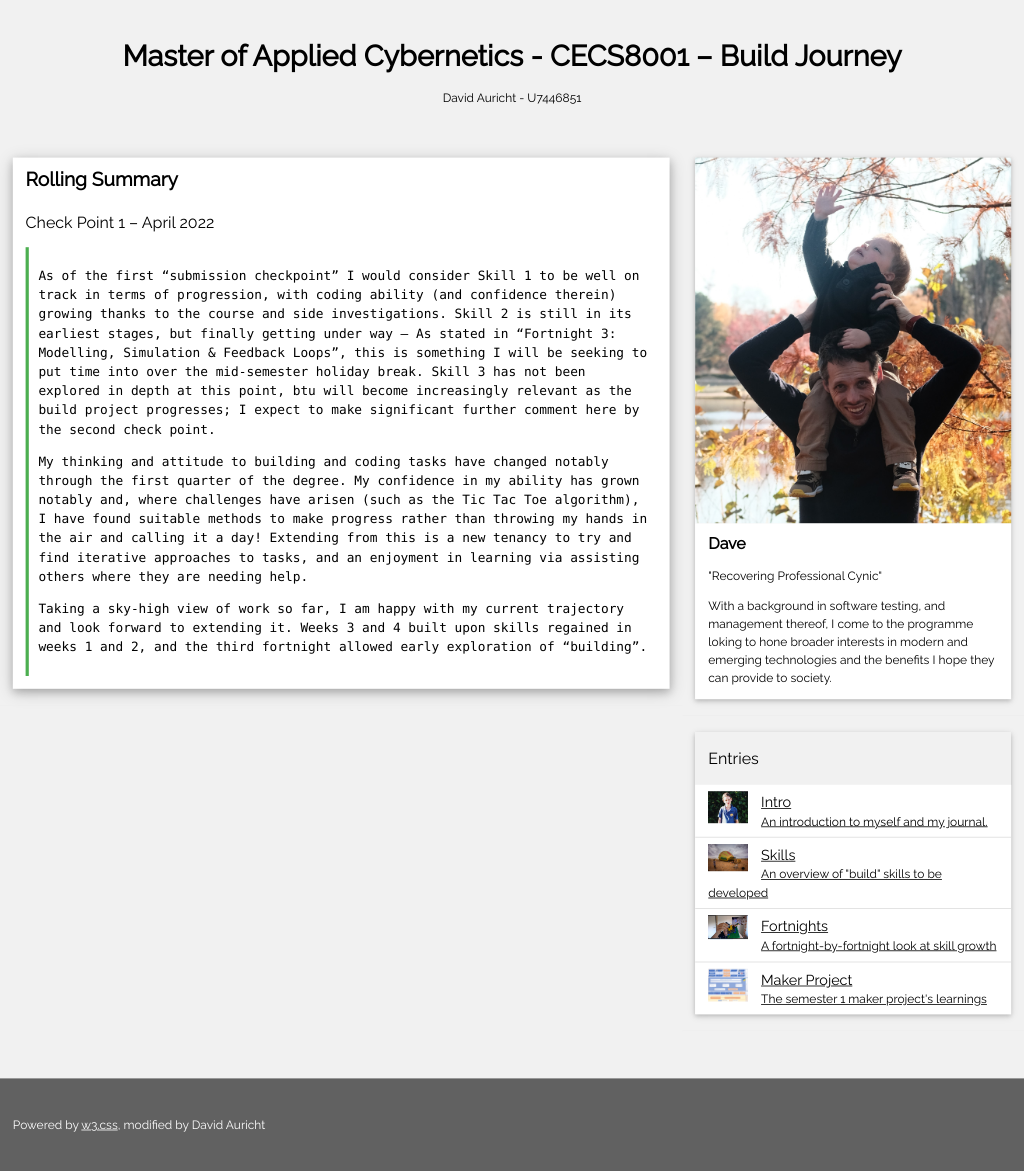
Repository: TodaysSawyer/cecs_8001_journal
Page: CECS_8001_build_journal/appendices.html
An editor plug-in stored every save of this project. The page is shown before and after the next save, followed by the edit.
The browser window is 1280 px wide. The pictures show the whole page, at 80% of full size.

Above is the page before, as saved 2022-08-23 11:03:47.

### CECS_8001_build_journal/appendices.html
<!--Site layout and design credit goes to W3 Schools' "Blog template" from https://www.w3schools.com/w3css/tryw3css_templates_blog.htm-->
<!--Modifications and content by David Auricht-->

<!DOCTYPE html>
<html>
<head>
<title>David Auricht's Cybernetics Build Journal</title>
<meta charset="UTF-8">
<meta name="viewport" content="width=device-width, initial-scale=1">
<link rel="stylesheet" href="https://www.w3schools.com/w3css/4/w3.css">
<link rel="stylesheet" href="https://fonts.googleapis.com/css?family=Raleway">
<style>
body,h1,h2,h3,h4,h5 {font-family: "Raleway", sans-serif}
</style>
</head>
<body class="w3-light-grey">

<!-- w3-content defines a container for fixed size centered content,
and is wrapped around the whole page content, except for the footer in this example -->
<div class="w3-content" style="max-width:1400px">

<!-- Header -->
<header class="w3-container w3-center w3-padding-32">
  <h1><b>Master of Applied Cybernetics - CECS8001 – Build Journey</b></h1>
  <p>David Auricht - U7446851</p>
</header>

<!-- Grid -->
<div class="w3-row">

<!-- Blog entries -->
<div class="w3-col l8 s12">
  <!-- Blog entry -->
  <div class="w3-card-4 w3-margin w3-white">
    <div class="w3-container">
      <h3><b>Rolling Summary</b></h3>
    </div>

    <div class="w3-container">
      <h4>Check Point 1 – April 2022</h4>
      <div class="w3-code">
        <p>As of the first “submission checkpoint” I would consider Skill 1 to be well on track in terms of progression, with coding ability (and confidence therein) growing thanks to the course and side investigations. Skill 2 is still in its earliest stages, but finally getting under way – As stated in “Fortnight 3: Modelling, Simulation & Feedback Loops”, this is something I will be seeking to put time into over the mid-semester holiday break. Skill 3 has not been explored in depth at this point, btu will become increasingly relevant as the build project progresses; I expect to make significant further comment here by the second check point. </p>
        <p>My thinking and attitude to building and coding tasks have changed notably through the first quarter of the degree. My confidence in my ability has grown notably and, where challenges have arisen (such as the Tic Tac Toe algorithm), I have found suitable methods to make progress rather than throwing my hands in the air and calling it a day! Extending from this is a new tenancy to try and find iterative approaches to tasks, and an enjoyment in learning via assisting others where they are needing help.</p>
        <p>Taking a sky-high view of work so far, I am happy with my current trajectory and look forward to extending it. Weeks 3 and 4 built upon skills regained in weeks 1 and 2, and the third fortnight allowed early exploration of “building”.</p>
      </div>
  </div>
  </div>
  <hr>
<!-- END BLOG ENTRIES -->
</div>

<!-- Sidebar -->
<div class="w3-col l4">
  <!-- About Card -->
  <div class="w3-card w3-margin w3-margin-top">
  <img src="home_dave_profile.jpg" style="width:100%">
    <div class="w3-container w3-white">
      <h4><b>Dave</b></h4>
      <p>"Recovering Professional Cynic"</p>
      <p>With a background in software testing, and management thereof, I come to the programme loking to hone broader interests in modern and emerging technologies and the benefits I hope they can provide to society.</p>
    </div>
  </div><hr>

  <!-- Posts -->
  <div class="w3-card w3-margin">
    <div class="w3-container w3-padding">
      <h4>Entries</h4>
    </div>
    <ul class="w3-ul w3-hoverable w3-white">
      <li>
         <a href="index.html" target="_self">
         <img src="sidebar_intro_icon.jpg" alt="Image" class="w3-left w3-margin-right" style="width:50px">
         <span class="w3-large">Intro</span><br>
         <span>An introduction to myself and my journal.</span>
         </a>
      </li>
      <li>
        <a href="skills.html" target="_self">
        <img src="skills_balloon.jpg" alt="Image" class="w3-left w3-margin-right" style="width:50px">
        <span class="w3-large">Skills</span><br>
        <span>An overview of "build" skills to be developed</span>
        </a>
     </li>
      <li>
        <a href="fortnights.html" target="_self">
        <img src="fortnights_f4_screenshot.jpg" alt="Image" class="w3-left w3-margin-right" style="width:50px">
        <span class="w3-large">Fortnights</span><br>
        <span>A fortnight-by-fortnight look at skill growth</span>
        </a>
     </li>
     <li>
      <a href="maker_project.html" target="_self">
      <img src="maker_schematic.jpg" alt="Image" class="w3-left w3-margin-right" style="width:50px">
      <span class="w3-large">Maker Project</span><br>
      <span>The semester 1 maker project's learnings</span>
      </a>
   </li>
    </ul>
  </div>
  <hr>

<!-- END Sidebar -->
</div>

<!-- END GRID -->
</div><br>

<!-- END w3-content -->
</div>

<!-- Footer -->
<footer class="w3-container w3-dark-grey w3-padding-32 w3-margin-top">
  <p>Powered by <a href="https://www.w3schools.com/w3css/default.asp" target="_blank">w3.css</a>, modified by David Auricht</p>
</footer>

</body>
</html>

After the next save:
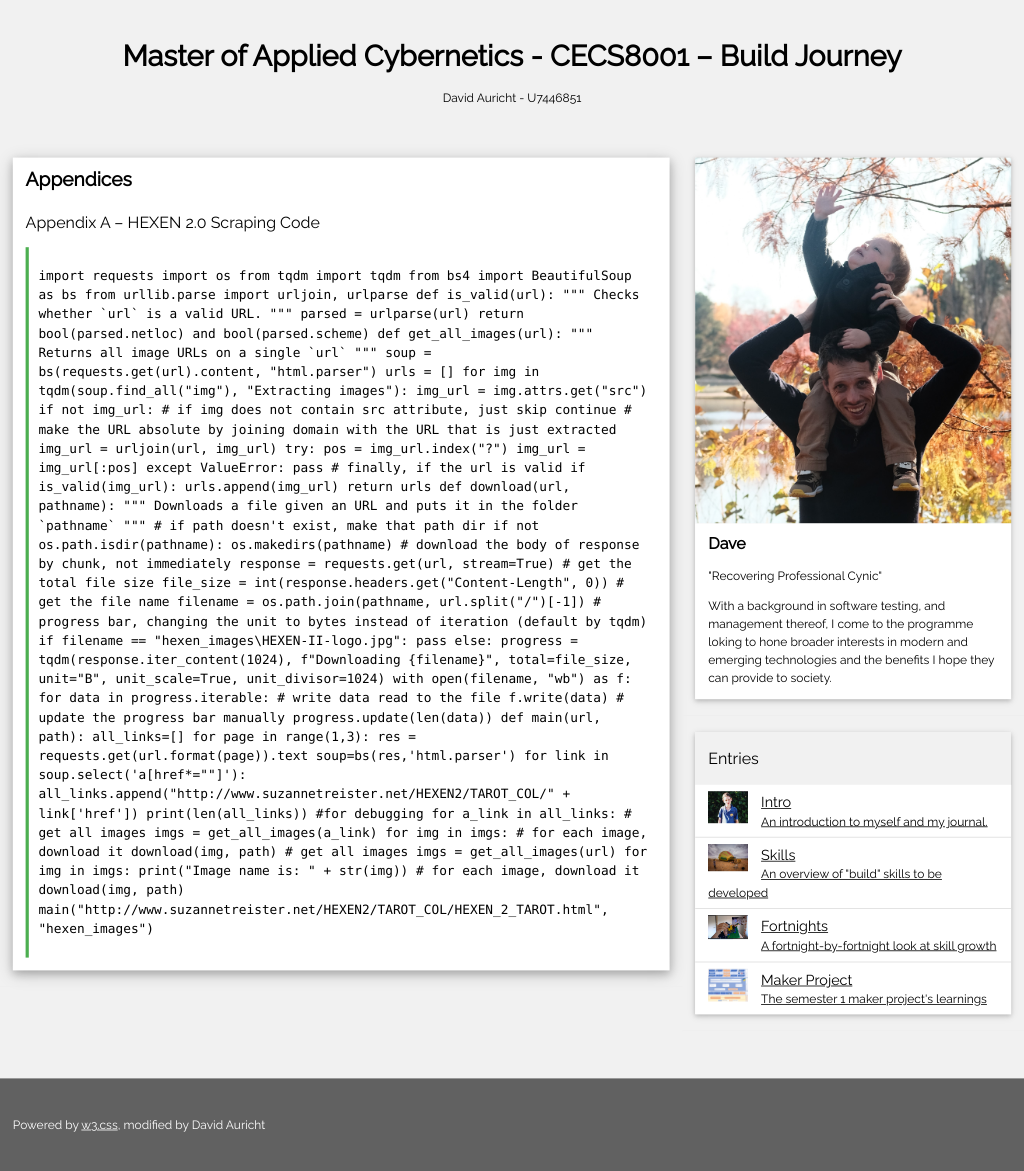
Saved 73 s later.
--- a/CECS_8001_build_journal/appendices.html
+++ b/CECS_8001_build_journal/appendices.html
@@ -33,15 +33,98 @@ and is wrapped around the whole page content, except for the footer in this exam
   <!-- Blog entry -->
   <div class="w3-card-4 w3-margin w3-white">
     <div class="w3-container">
-      <h3><b>Rolling Summary</b></h3>
+      <h3><b>Appendices</b></h3>
     </div>
 
     <div class="w3-container">
-      <h4>Check Point 1 – April 2022</h4>
+      <h4>Appendix A – HEXEN 2.0 Scraping Code</h4>
       <div class="w3-code">
-        <p>As of the first “submission checkpoint” I would consider Skill 1 to be well on track in terms of progression, with coding ability (and confidence therein) growing thanks to the course and side investigations. Skill 2 is still in its earliest stages, but finally getting under way – As stated in “Fortnight 3: Modelling, Simulation & Feedback Loops”, this is something I will be seeking to put time into over the mid-semester holiday break. Skill 3 has not been explored in depth at this point, btu will become increasingly relevant as the build project progresses; I expect to make significant further comment here by the second check point. </p>
-        <p>My thinking and attitude to building and coding tasks have changed notably through the first quarter of the degree. My confidence in my ability has grown notably and, where challenges have arisen (such as the Tic Tac Toe algorithm), I have found suitable methods to make progress rather than throwing my hands in the air and calling it a day! Extending from this is a new tenancy to try and find iterative approaches to tasks, and an enjoyment in learning via assisting others where they are needing help.</p>
-        <p>Taking a sky-high view of work so far, I am happy with my current trajectory and look forward to extending it. Weeks 3 and 4 built upon skills regained in weeks 1 and 2, and the third fortnight allowed early exploration of “building”.</p>
+        <p>import requests
+          import os
+          from tqdm import tqdm
+          from bs4 import BeautifulSoup as bs
+          from urllib.parse import urljoin, urlparse
+
+          def is_valid(url):
+              """
+              Checks whether `url` is a valid URL.
+              """
+              parsed = urlparse(url)
+              return bool(parsed.netloc) and bool(parsed.scheme)
+
+          def get_all_images(url):
+              """
+              Returns all image URLs on a single `url`
+              """
+              soup = bs(requests.get(url).content, "html.parser")
+              urls = []
+              for img in tqdm(soup.find_all("img"), "Extracting images"):
+                  img_url = img.attrs.get("src")
+                  if not img_url:
+                     # if img does not contain src attribute, just skip
+                      continue
+                 # make the URL absolute by joining domain with the URL that is just extracted
+                  img_url = urljoin(url, img_url)
+                  try:
+                      pos = img_url.index("?")
+                      img_url = img_url[:pos]
+                  except ValueError:
+                      pass
+                  # finally, if the url is valid
+                  if is_valid(img_url):
+                      urls.append(img_url)
+              return urls
+
+          def download(url, pathname):
+              """
+              Downloads a file given an URL and puts it in the folder `pathname`
+              """
+              # if path doesn't exist, make that path dir
+              if not os.path.isdir(pathname):
+                  os.makedirs(pathname)
+              # download the body of response by chunk, not immediately
+              response = requests.get(url, stream=True)
+              # get the total file size
+              file_size = int(response.headers.get("Content-Length", 0))
+              # get the file name
+              filename = os.path.join(pathname, url.split("/")[-1])
+              # progress bar, changing the unit to bytes instead of iteration (default by tqdm)
+              if filename == "hexen_images\HEXEN-II-logo.jpg":
+                  pass
+              else:
+                  progress = tqdm(response.iter_content(1024), f"Downloading {filename}", total=file_size, unit="B", unit_scale=True, unit_divisor=1024)
+                  with open(filename, "wb") as f:
+                      for data in progress.iterable:
+                          # write data read to the file
+                          f.write(data)
+                          # update the progress bar manually
+                          progress.update(len(data))
+
+          def main(url, path):
+              all_links=[]
+              for page in range(1,3):
+                  res = requests.get(url.format(page)).text
+                  soup=bs(res,'html.parser')
+                  for link in soup.select('a[href*=""]'):
+                      all_links.append("http://www.suzannetreister.net/HEXEN2/TAROT_COL/" + link['href'])
+
+              print(len(all_links))   #for debugging
+              for a_link in all_links:
+                      # get all images
+                  imgs = get_all_images(a_link)
+                  for img in imgs:
+                      # for each image, download it
+                      download(img, path)
+
+              # get all images
+              imgs = get_all_images(url)
+              for img in imgs:
+                  print("Image name is: " + str(img))
+                  # for each image, download it
+                  download(img, path)
+
+          main("http://www.suzannetreister.net/HEXEN2/TAROT_COL/HEXEN_2_TAROT.html", "hexen_images")
+          </p>
       </div>
   </div>
   </div>
